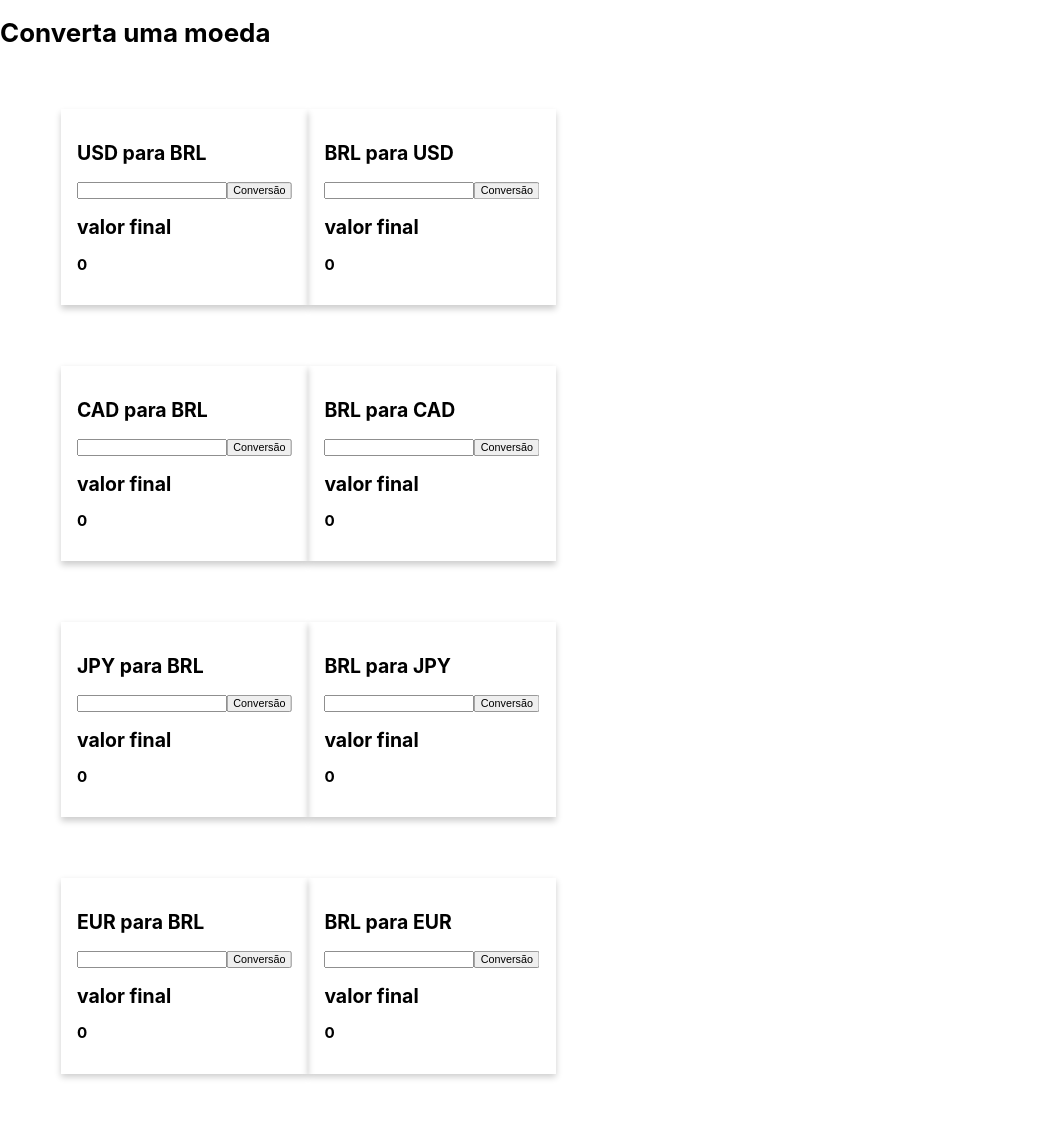
Repository: DeanLemosXD/Currency-converter
Page: /
The author's editor kept a copy of each file at every save. The page is drawn from the files as they stood at one save, then again after the next save.
The browser window is 1280 px wide. The pictures show the whole page, at 81% of full size.
The project was rebuilt for these pictures with package versions that can differ from the ones it lists, and the page was loaded fresh each time.

Above is the page before, as saved 2021-10-19 18:17:57.

### src/App.js
import './App.css';
import Conversor from './components/Conversor';

function App() {
  return (
    <div className="App">
      <h1>Converta uma moeda</h1>
      <div className="linha">
      <Conversor moedaA="USD" moedaB="BRL"></Conversor>
      <Conversor moedaA="BRL" moedaB="USD"></Conversor>
      </div>
      <div className="linha">
      <Conversor moedaA="CAD" moedaB="BRL"></Conversor>
      <Conversor moedaA="BRL" moedaB="CAD"></Conversor>
      </div>
      <div className="linha">
      <Conversor moedaA="JPY" moedaB="BRL"></Conversor>
      <Conversor moedaA="BRL" moedaB="JPY"></Conversor>
      </div>
      <div className="linha">
      <Conversor moedaA="EUR" moedaB="BRL"></Conversor>
      <Conversor moedaA="BRL" moedaB="EUR"></Conversor>
      </div>
    </div>
  );
}

export default App;

### src/App.css
.linha{
    display:flex;
    margin:  75px;

}

### src/components/Conversor.js
import React, { Component } from 'react'
import './conversor.css'
export default class Conversor extends Component {

    // eslint-disable-next-line no-useless-constructor
    constructor(props){
        super(props);

        this.state = {
            moedaA_Valor:"",
            moedaB_Valor:0,

        }

        this.converter = this.converter.bind(this)
    }

    converter(){

        let de_para = `${this.props.moedaA}_${this.props.moedaB}`;
        let url = `http://free.currconv.com/api/v7/convert?q=${de_para}&compact=ultra&apiKey=0d7e32903cad9cf7460c`
        //console.log(url)
        fetch(url).then(res=>{
            return res.json()
        })
        .then(json=>{

            let cotacao = json[de_para];
            let moedaB_Valor = (parseFloat(this.state.moedaA_Valor) * cotacao).toFixed(2)
            this.setState({moedaB_Valor})
        })
    }
    render(){
        return (
            <div className="conversor">
                <h2>{this.props.moedaA} para {this.props.moedaB}</h2>
                <input type="text" onChange={(event)=>{this.setState({moedaA_Valor:event.target.value})}}></input>
                <input type="button" value="Conversão" onClick={this.converter}></input>
                <h2>valor final</h2>
                <h3>{this.state.moedaB_Valor}</h3>
            </div>
        )
    }
}

### src/components/conversor.css
.conversor{
        padding: 20px;
        max-width: 300px;
        box-shadow: 0 4px 8px 0 rgba(0, 0, 0, 0.2);
}

Loaded but not shown: public/index.html (common file); src/index.js (common file); src/index.css (common file); src/reportWebVitals.js (common file)

After the next save:
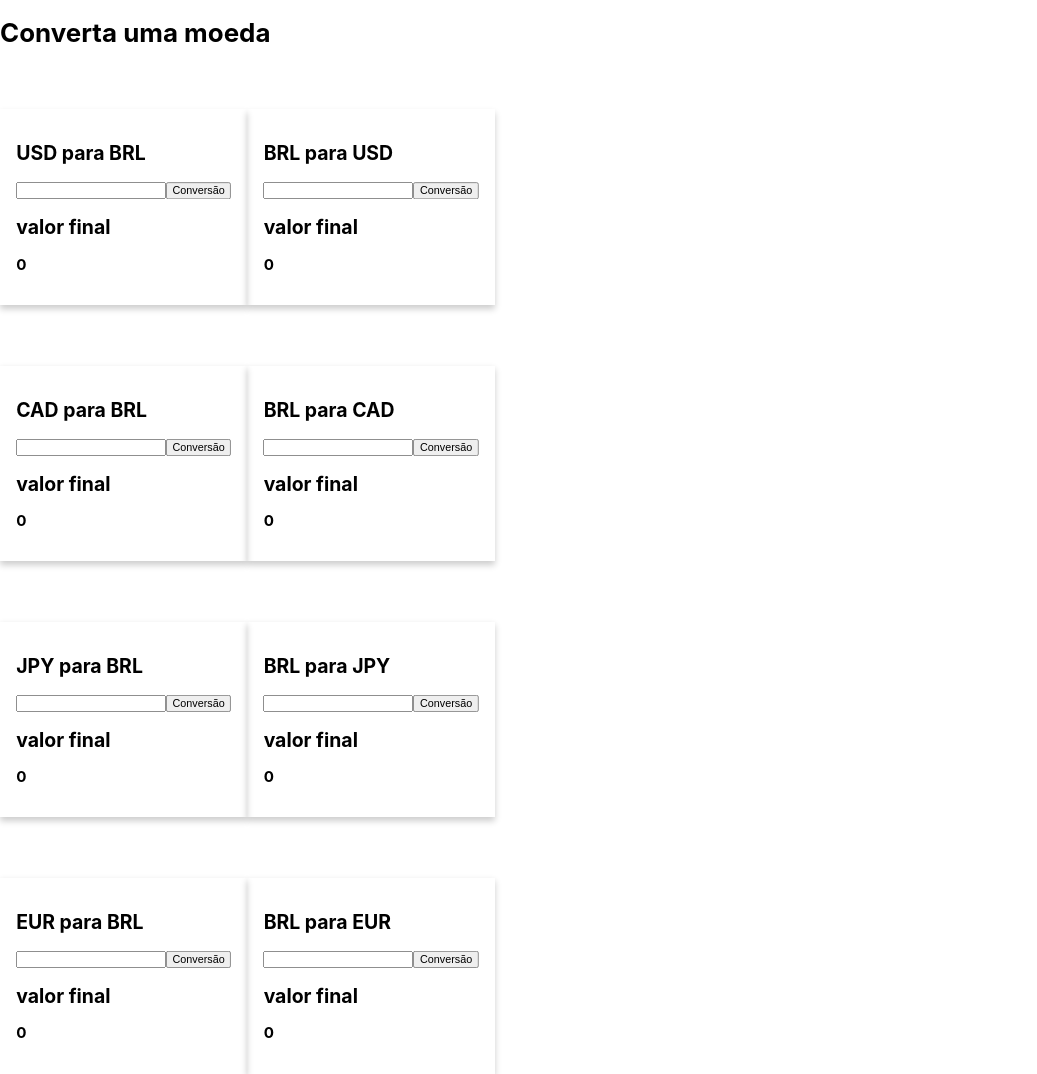
Saved 10 s later.
--- a/src/App.css
+++ b/src/App.css
@@ -1,5 +1,5 @@
 .linha{
     display:flex;
-    margin:  75px;
+    margin-top:  75px;
 
 }
